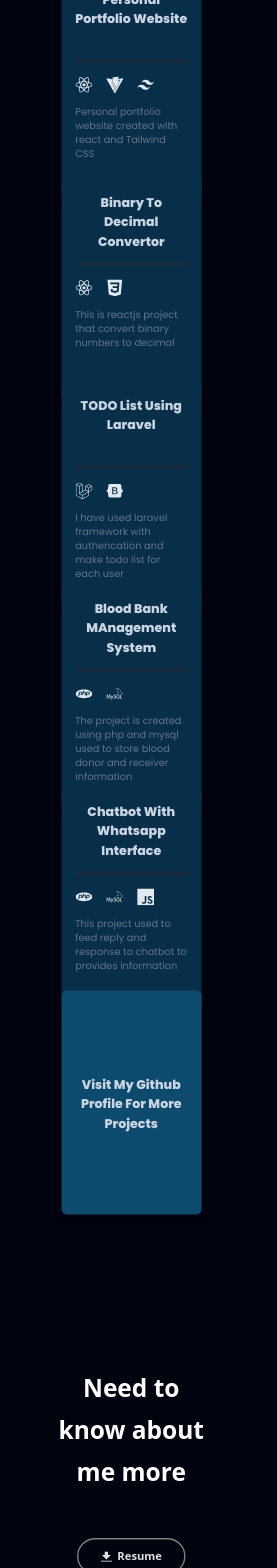
Repository: sibi24sibi/MyPersonalPortfolio
Page: /
The author's editor kept a copy of each file at every save. The page is drawn from the files as they stood at one save, then again after the next save.
The browser window is 375 px wide. The page is 395 px wide, so the pictures cover 395 px, including what lies to the right of the window. The pictures show the part of the page from y = 2253 to 4493 px (the page is 5096 px tall before and 4946 px after), at 70% of full size.
The project was rebuilt for these pictures with package versions that can differ from the ones it lists, and the page was loaded fresh each time. Also part of the build but not shown: vite.config.js, src/components/Menu.jsx, src/components/Footer.jsx.

Above is the page before, as saved 2024-05-03 20:28:11.

### index.html
<!DOCTYPE html>
<html lang="en">

<head>
  <meta charset="UTF-8" />
  <link rel="icon" type="image/svg+xml" href="" />
  <meta name="viewport" content="width=device-width, initial-scale=1 , maximum-scale=1 ,user-scalable=no" />
  <title>
    Personal Portfolio
  </title>
</head>

<body className="darkMode">
  <div id="root" className="px-5 w-screen"></div>
  <script type="module" src="/src/main.jsx"></script>
</body>

</html>

### src/index.css
@import url('https://fonts.googleapis.com/css2?family=Poppins:wght@300;400;500;600;800&display=swap');
@tailwind base;
@tailwind components;
@tailwind utilities;

html {
    @apply overflow-x-hidden scroll-smooth
}

body {

    @apply dark:bg-[#00040f] bg-[#e2e2e2ab]
}

### src/App.jsx
import Navbar from "./components/Navbar";
import About from "./components/About";

import Education from "./components/Education";
import Projects from "./components/Projects";
import Skills from "./components/Skills";

import HashLoader from "react-spinners/HashLoader";
import CTA from "./components/CTA";
import MyEmailLayout from "./components/email";
import Footer from "./components/Footer";


import { useState, useEffect } from "react";

const override = {
  display: "flex",
  justifyContent: "center",
  alignItems: "center",
  marginTop: "5rem",
  borderColor: "red",
};

const App = () => {
  const [loading, setLoading] = useState(true);

  useEffect(() => {
    setLoading(true);
    setTimeout(() => {
      setLoading(false);
    }, 3000);
  }, []);
  return (
    <>
      {loading ? (
        <div className="flex h-screen w-screen justify-center items-center bg-[#00040f] ">
          <HashLoader
            color="#0891b2"
            loading={loading}
            cssOverride={override}
            size={90}
            aria-label="Loading Spinner"
            data-testid="loader"
          />
        </div>
      ) : (
        <div className=" flex flex-col justify-center items-center">
          <Navbar></Navbar>
          <About></About>
          <Skills></Skills>
          <Education></Education>
          <Projects></Projects>
          <CTA></CTA>
          <MyEmailLayout></MyEmailLayout>
          {/* <Footer></Footer> */}
        </div>
      )}
    </>
  );
};
export default App;

### src/components/Navbar.jsx
import { CgMenuRightAlt } from "react-icons/cg";
import { HiSun, HiMoon } from "react-icons/hi";
import { useState, useEffect } from "react";
import Menu from "./Menu";

const Navbar = () => {
  const [nav, setNav] = useState(false);

  const [theme, setTheme] = useState("light");

  useEffect(() => {
    if (theme === "dark") {
      document.documentElement.classList.remove("dark");
    } else {
      document.documentElement.classList.add("dark");
    }
  }, [theme]);

  const handleTheme = () => {
    setTheme(theme === "dark" ? "light" : "dark");
  };

  return (
    <>
      <section className="NAVBAR sticky top-0 backdrop-blur-[5px] z-10 pt-5  translate-x-[20px] min-w-full mt-5 font-['Poppins']  max-sm:p-2 max-sm:mx-1 max-sm:max-h-[48px] ">
        <div className="flex  justify-between capitalize md:ml-9 sm:ml-2">
          <div className="LOGO ">
            <a
              href="#"
              className="text-3xl bg-gradient-to-r from-blue-600 to-cyan-600 bg-clip-text text-transparent dark:text-cyan-500 max-sm:text-2xl"
            >
              {"Portfolio"}
            </a>
          </div>
          <div className="NAVLINKS min-w-full pr-9 text-[20px] translate-x-[-160px]  max-sm:hidden flex justify-end gap-12 text-[#00040f] dark:text-[#e1e1e1] ">
            <a href="#about" className=" hover:text-cyan-500">
              Home
            </a>
            <a href="#experience" className="hover:text-cyan-500">
              Experience
            </a>
            {/* <a href="#education" className="hover:text-cyan-500 ">
              Education
            </a> */}
            <a href="#projects" className="hover:text-cyan-500 ">
              Projects
            </a>
            <a href="#contact" className="hover:text-cyan-500 ">
              Contact
            </a>

            <button onClick={handleTheme}>
              {theme === "dark" ? (
                <HiMoon className="-translate-y-1 text-2xl" />
              ) : (
                <HiSun className="-translate-y-1 text-2xl" />
              )}
            </button>

            </div>
            </div>
          <button onClick={() => setNav(!nav)}>
            <CgMenuRightAlt className="hidden max-sm:block mr-5   absolute top-2  right-10 md:transform-none text-[#00040f] dark:text-[#e1e1e1] text-[32px]" />
          </button>


        {nav && <Menu />}

      </section>



    </>
  );
};
export default Navbar;

### src/components/About.jsx
import Lottie from "lottie-react";
import computer from "../assets/lottie/computer.json";

const About = () => {
  return (
    <>
      <section
        id="about"
        className="p-5 mx-2 mb-10 font-medium font-['Poppins'] max-w-6xl max-sm:p-2 max-sm:mx-5"
      >
        <div className="WRAPPER mt-12 flex justify-between max-sm:flex-col gap-35">
        <div className="INTRO text-[70px] leading-[80px] font-semibold max-sm:text-[40px] max-sm:leading-[70px] max-sm:font-semibold">
            <h3 className="text-[#00040f] dark:text-white">
              Hi, there! <br />I am
            </h3>
            <span className="bg-clip-text text-transparent bg-gradient-to-r  from-blue-600 to-cyan-600 dark:from-cyan-500 dark:to-slate-200">
             Sibi Chakraborthy.

            </span>

            <p className="ABOUT h-[100px] text-xl max-sm:text-[15px] bg-clip-text text-transparent  bg-gradient-to-r  from-[#00040f] to-slate-500 dark:from-slate-500 dark:to-slate-200 max-w-[470px] mt-5 pl-1">
            Design is not just what it looks like and feels like. Design is how it works.
            </p>
          </div>
        <div className="div">
          <Lottie
            animationData={computer}
            loop={true}
            className="max-w-[650px] "
          />
          </div>
        </div>
      </section>
    </>
  );
};
export default About;

### src/components/Education.jsx
import Lottie from "lottie-react";
import education from "../assets/lottie/education.json";
import SAEC from "../assets/SAEC.png";
import AOS from "aos";

import { useEffect } from "react";

const Education = () => {
  useEffect(() => {
    AOS.init();
  }, []);
  return (
    <section
      id="education"
      className="EXPERIENCE max-w-6xl p-5 mx-20 mb-25 font-['Poppins']  max-sm:p-2 max-sm:mx-5"
    >
      <div className="WRAPPER mt-10">
        <h1 className="text-[#00040f] dark:text-slate-300 text-center font-extrabold text-5xl mb-5 max-sm:text-4xl   ">
          Education
        </h1>

        <div
          className="EDUCATION flex gap-7 justify-between flex-row-reverse max-sm:flex-col"
          data-aos="fade-right"
        >
          <div className="max-w-[520px] mt-[52px] p-7 max-sm:p-3">
            <div className="flex gap-5">
              <img
                src={SAEC}
                alt="SAEC"
                className="w-[150px] h-[100px]"
              />
              <h1 className="bg-clip-text text-transparent bg-gradient-to-r max-sm:text-[17px] from-amber-500 via-orange-600 to-yellow-500 dark:from-[#ff6600] dark:to-slate-100 font-semibold text-2xl w-[300px] h-[100px] tracking-wider ">
                Syed Ammal engineering college
              </h1>
            </div>

            <div className="mt-7 flex flex-col gap-5 text-left pl-4">
              <h3 className="capitalize  text-slate-800 dark:text-slate-300 text-xl max-sm:text-lg">
                Bachelor of technology
              </h3>
              <p className="italic capitalize text-gray-500 dark:text-slate-500 text-xl max-sm:text-lg leading-9">
                November 2020 - May 2024
              </p>

              <p className="capitalize text-gray-500 dark:text-slate-500 text-xl max-sm:text-lg leading-9">
                Computer Science and Engineering
              </p>
            </div>
          </div>
          <Lottie
            animationData={education}
            loop={true}
            className="max-w-[500px]"
          />
        </div>
      </div>
    </section>
  );
};
export default Education;

### src/components/Projects.jsx
import Project_prop from "./Project_prop";
import {
  GPT4,
  Portfolio,
  Rocket,
  WellBeing,
  Game,
} from "../constants/Constant";
import Tooltip from "@mui/material/Tooltip";
import IconButton from "@mui/material/IconButton";
import AOS from "aos";
import "aos/dist/aos.css";
import { useEffect } from "react";
import {
  SiReact,
  SiTailwindcss,
  SiVite,
  SiHtml5,
  SiCss3,
  SiJavascript,
  SiLaravel,
  SiBootstrap,
  SiPhp,
  SiWordpress,
  SiMysql,
} from "react-icons/si";

const Projects = () => {
  useEffect(() => {
    AOS.init();
  }, []);
  return (

<>

<section
      id="projects"
      className="EXPERIENCE p-5 mx-5 min-h-screen font-['Poppins']   max-sm:p-2 max-sm:mx-5"
    >
<h1 className="text-[#00040f] dark:text-slate-300 text-center font-extrabold text-5xl mb-24  max-sm:text-4xl  ">
          Projects
</h1>
<div className="container flex justify-center flex-col md:flex-row">


<Project_prop
            title="Personal Portfolio Website"
            para="Personal portfolio website created with react and Tailwind CSS"
            img={Portfolio}
            link=""
            github_link=""
            react={
              <Tooltip title="React" arrow>
                <IconButton>
                  <SiReact className="dark:text-slate-200 text-black" />
                </IconButton>
              </Tooltip>
            }
            tailwindcss={
              <Tooltip title="TailWind CSS" arrow>
                <IconButton>
                  <SiTailwindcss className=" dark:text-slate-200 text-black" />
                </IconButton>
              </Tooltip>
            }
            vite={
              <Tooltip title="Vite" arrow>
                <IconButton>
                  <SiVite className=" dark:text-slate-200 text-black" />
                </IconButton>
              </Tooltip>
            }


  />
<Project_prop
            title="Binary to decimal convertor"
            para="This is reactjs project that convert binary numbers to decimal"
            img={Portfolio}
            link=""
            github_link=""
            react={
              <Tooltip title="React" arrow>
                <IconButton>
                  <SiReact className="dark:text-slate-200 text-black" />
                </IconButton>
              </Tooltip>
            }
            css3={
              <Tooltip title="React" arrow>
                <IconButton>
                  <SiCss3 className="dark:text-slate-200 text-black" />
                </IconButton>
              </Tooltip>
            }
  />


<Project_prop
            title="TODO List using Laravel"
            para="I have used laravel framework with authencation and make todo list for each user"
            img={Portfolio}
            link=""
            github_link=""
            laravel={
              <Tooltip title="Laravel" arrow>
                <IconButton>
                  <SiLaravel className=" dark:text-slate-200 text-black" />
                </IconButton>
              </Tooltip>
            }
            bootstrap={
              <Tooltip title="Bootstrap" arrow>
                <IconButton>
                  <SiBootstrap className=" dark:text-slate-200 text-black" />
                </IconButton>
              </Tooltip>
            }

  />
  <Project_prop
            title="Blood Bank MAnagement System"
            para="The project is created using php and mysql used to store blood donor and receiver information"
            img={Portfolio}
            link=""
            github_link=""
            php={
              <Tooltip title="PHP" arrow>
                <IconButton>
                  <SiPhp className=" dark:text-slate-200 text-black" />
                </IconButton>
              </Tooltip>
            }
            mysql={
              <Tooltip title="Mysql" arrow>
                <IconButton>
                  <SiMysql className=" dark:text-slate-200 text-black" />
                </IconButton>
              </Tooltip>
            }

  />
  <Project_prop
            title="Chatbot with Whatsapp interface"
            para="This project used to feed reply and response to chatbot to provides information"
            img={Portfolio}
            link=""
            github_link=""
            php={
              <Tooltip title="PHP" arrow>
                <IconButton>
                  <SiPhp className=" dark:text-slate-200 text-black" />
                </IconButton>
              </Tooltip>
            }
            mysql={
              <Tooltip title="Mysql" arrow>
                <IconButton>
                  <SiMysql className=" dark:text-slate-200 text-black" />
                </IconButton>
              </Tooltip>
            }
            javascript={
              <Tooltip title="JavaScript" arrow>
                <IconButton>
                  <SiJavascript className=" dark:text-slate-200 text-black" />
                </IconButton>
              </Tooltip>
            }
  />
  <div className="card flex bg-blue-200 dark:bg-sky-900 rounded-lg shadow-lg items-center justify-center ">
        <h3
        className=" title capitalize font-bold h-20 text-slate-800 dark:text-slate-300 text-xl max-sm:text-lg m-5 text-center "
        >
          Visit my Github Profile for more projects
        </h3>

  </div>

  </div>
</section>

</>



  );
};
export default Projects;

### src/components/Skills.jsx
import {
  HTML,
  CSS,
  Github,
  Git,
  Vite,
  TailwindCSS,
  react,
  Python,
  Javascript,
  CPP,
  C,
  Vue,
  nodejs
} from "../constants/Constant";

import AOS from "aos";
import "aos/dist/aos.css";
import { useEffect } from "react";
import Image from "./Img_prop";

const Skills = () => {
  useEffect(() => {
    AOS.init();
  }, []);
  return (
    <>
      <section className="EXPERIENCE p-5  mb-10 max-w-6xl  font-['Poppins']  max-sm:p-2 max-sm:mx-5">
        <div>
        <h1 className="text-[#00040f] dark:text-slate-300 font-extrabold text-5xl text-center max-sm:text-4xl ">
          SKILLS
        </h1>
        </div>
        <div
          className=" grid place-content-start  grid-cols-3 gap-4 max-sm:p-2 mt-10"
          data-aos="zoom-out-up"
        >
          <Image img={HTML}></Image>
          <Image img={CSS}></Image>
          <Image img={Javascript}></Image>
          <Image img={react}></Image>
          <Image img={TailwindCSS}></Image>
          {/* <Image img={Vue}></Image>
          <Image img={CPP}></Image>
          <Image img={C}></Image> */}
          <Image img={Python}></Image>
          {/* <Image img={Vite}></Image> */}
          <Image img={Git}></Image>
          <Image img={Github}></Image>
          <Image img={nodejs}></Image>
        </div>
      </section>
    </>
  );
};
export default Skills;

### src/components/CTA.jsx
function CTA() {
  const resumeLink = "/Sibi-Chakraborthy-V.pdf";
  return (
    <div id="resume" className="pt-36 max-w-6xl resume relative w-full flex justify-center ">

      <div className="pt-14 mx-20 pb-40">
        <h2 className="text-4xl md:text-5xl max-sm:text-[35px] max-sm:leading-[60px] font-bold mb-10 text-[#00040f] dark:text-white text-center">
          Need to know about me more
        </h2>
        <div className="flex justify-center ">
        <a
          href={resumeLink}
          className="cursor-pointer font-bold whitespace-nowrap
        mt-6 px-8 py-3 dark:text-[#e1e1e1] border-2 rounded-full border-[#808080]  bg-bg hover:bg-fun-pink hover:border-fun-pink transition-colors inline-flex items-center"
        >
          <svg class="fill-current w-4 h-4 mr-2" xmlns="http://www.w3.org/2000/svg" viewBox="0 0 20 20"><path d="M13 8V2H7v6H2l8 8 8-8h-5zM0 18h20v2H0v-2z"/></svg>
          <span>Resume</span>

        </a>

        </div>
      </div>


    </div>
  );
}

export default CTA;

### src/components/email.jsx
import React, { useRef, useEffect } from "react";
import emailjs from '@emailjs/browser';



const MyEmailLayout = () => {
  const form = useRef();

  useEffect(() => {
    // Initialize emailjs
    emailjs.init('-fw29uVaf1UZJqOVT');
  }, []);

  const sendEmail = (e) => {
    e.preventDefault();

    emailjs

      .sendForm('service_hgvjibu', 'template_f9rmzk9', form.current)
      .then(
        () => {
          alert('Email sent successfully!');
        },
        (error) => {
          alert('Failed to send email. Please try again later.');
          console.error('Email Error:', error);
        }
      );
  };

  return (
    <div   className="mb-20 max-w-6xl" id="contact">

      <div className=" mx-10 max-sm:mx-5 ">
      <div className="div">
      <h1 className="text-2xl dark:text-[#e1e1e1] font-bold mb-4 ">SEND ME A EMAIL</h1>
      </div>
      <form ref={form} onSubmit={sendEmail}>
        <div className="grid  grid-cols-2 gap-4 flex justify-center">
          <div>
            <label htmlFor="name" className="dark:text-[#e1e1e1]">Name</label>
            <input
              type="text"
              id="name"
              name="user_name"
              className="px-3 py-2 placeholder-gray-400 text-gray-600 relative dark:bg-slate-300 bg-stone-300 rounded text-sm border-0 shadow outline-none focus:outline-none focus:ring  w-full"
            />
          </div>
          <div>
            <label htmlFor="email" className="dark:text-[#e1e1e1]">Email</label>
            <input
              type="email"
              id="email"
              name="user_email"
              className="px-3 py-2 placeholder-gray-400 text-gray-600 relative dark:bg-slate-300 bg-stone-300 rounded text-sm border-0 shadow outline-none focus:outline-none focus:ring w-full"
            />
          </div>
        </div>
        <label htmlFor="message" className="dark:text-[#e1e1e1]">Message</label>
        <textarea
          placeholder=""
          name="message"
          className="px-3 py-2 placeholder-gray-400 text-gray-600 relative dark:bg-slate-300 bg-stone-300 rounded text-sm border-0 shadow outline-none focus:outline-none focus:ring h-40 w-full "
        ></textarea>
        <button
          type="submit"
          className="bg-blue-500 rounded-full text-white px-4 py-2 mt-4 float-right"
          value="Send"
        >
          Send Email
        </button>
      </form>
      </div>
    </div>
  );
};

export default MyEmailLayout;

### src/components/Project_prop.jsx
/* eslint-disable react/prop-types */

import "./proj_style.css";


const Project_prop = (props) => {
  return (
    <>



      <div className="card bg-blue-100 dark:bg-sky-950 rounded-lg shadow-lg aspect-w-16 aspect-h-9 ">
        <h3
        className="title capitalize font-bold h-20 text-slate-800 dark:text-slate-300 text-xl max-sm:text-lg m-5 text-center"
        >
          {props.title}
        </h3>
            <div className="bar h-1 min-w-40 dark:bg-gray-800  bg-slate-600  mx-5"></div>
        <div className="flex gap-1 ml-3 mt-3 ">
                {props.react}
                {props.vite}
                {props.html5}
                {props.css3}
                {props.php}
                {props.mysql}
                {props.javascript}
                {props.tailwindcss}
                {props.laravel}
                {props.bootstrap}
                {props.wordpress}

        </div>
        <p className="dark:text-slate-500 mt-2 text-sm px-5  select-none">
          {props.para}
        </p>
      </div>




    </>
  );
};
export default Project_prop;

### src/constants/Constant.jsx
import C from "../assets/C.png";
import CPP from "../assets/CPP.png";
import HTML from "../assets/HTML.png";
import Github from "../assets/Github.png";
import CSS from "../assets/CSS.png";
import Python from "../assets/Python.png";
import Javascript from "../assets/Javascript.png";
import Git from "../assets/Git.png";
import Vite from "../assets/Vite.png";
import TailwindCSS from "../assets/TailwindCSS.png";
import react from "../assets/react.png";
import Vue from "../assets/vue.png";
import nodejs from "../assets/nodejs.png";

import Hackthechain from "../assets/HackTheChainLogo.png";
import GSSOC from "../assets/GSSoc.jpg";
import IITB from "../assets/IITB.png";
import Sports from "../assets/Sports_Club.png";
import IIITians from "../assets/IIITians_Network.png";
import GDSC from "../assets/GDSC.png";
import KDE from "../assets/kde.png";
import Oppia from "../assets/oppia.png";

import GPT4 from "../assets/gpt4.jpg";
import Portfolio from "../assets/portfolio.jpg";
import Rocket from "../assets/Rocket.jpg";
import Game from "../assets/Stone.jpg";
import WellBeing from "../assets/well-being.jpg";

export {
  C,
  CPP,
  HTML,
  CSS,
  Github,
  Git,
  Vite,
  TailwindCSS,
  react ,
  Python,
  Javascript,
  Vue,
  Hackthechain,
  GSSOC,
  IITB,
  Sports,
  IIITians,
  GPT4,
  Portfolio,
  Rocket,
  WellBeing,
  Game,
  GDSC,
  KDE,
  nodejs,
  Oppia,
};

### src/components/Img_prop.jsx
const Img_prop = ({ img }) => {
  return (
    <>
      <div className="mr-60 w-[100px] max-sm:w-[75px] h-[100px] max-sm:h-[75px] shadow-xl shadow-slate-300 dark:shadow-lg dark:shadow-blue-500/50 bg-gradient-to-bl from-[#ccc] to-[#eee] dark:from-[#051937] dark:to-[#222] rounded-full place-content-center grid translate-x-[100px] max-sm:translate-x-1">
        <img src={img} alt="html" className="max-sm:h-[45px] h-[55px] " />
      </div>
    </>
  );
};
export default Img_prop;

### src/components/proj_style.css



  .card {
    position: relative;
    left: 0px;
    width: 200px;
    height: fit-content;
    min-height: 320px;
    padding-bottom: 10px;
  }

  .card:not(:first-child) {
      margin-left: -50px;
  }

  .card:hover {
    transform: translateY(-20px);
    transition: 0.4s ease-out;
  }

  .card:hover ~ .card {
    position: relative;
    left: 50px;
    transition: 0.4s ease-out;
  }

@media only screen and (max-width: 600px) {
  .card {
    position:unset;
    left:unset;
    padding-bottom:unset;
    margin: 10px;;
    padding-bottom:unset;
  }
  .card:hover {
    transform:unset ;
    transition:unset;
    margin-left:unset;
  }
  .card:not(:first-child) {
    margin-left:auto;
    margin-top: -40px;

  }
  .card:hover ~ .card {
    position:unset;
    left:unset;
    transition:unset;
  }
}

Loaded but not shown: src/main.jsx (common file); src/assets/lottie/computer.json (common file); src/assets/lottie/Education.json (common file); tailwind.config.js (common file)

After the next save:
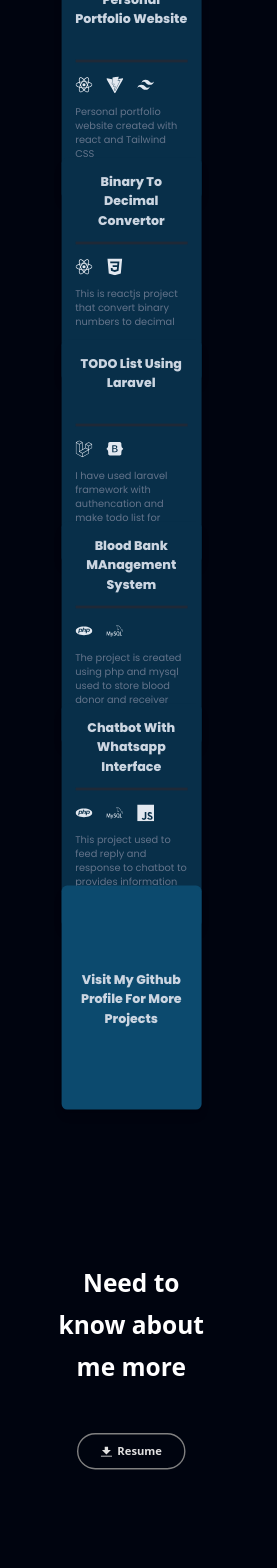
Saved 7 s later.
--- a/src/components/proj_style.css
+++ b/src/components/proj_style.css
@@ -40,7 +40,7 @@
   }
   .card:not(:first-child) {
     margin-left:auto;
-    margin-top: -40px;
+    margin-top: -70px;
 
   }
   .card:hover ~ .card {
